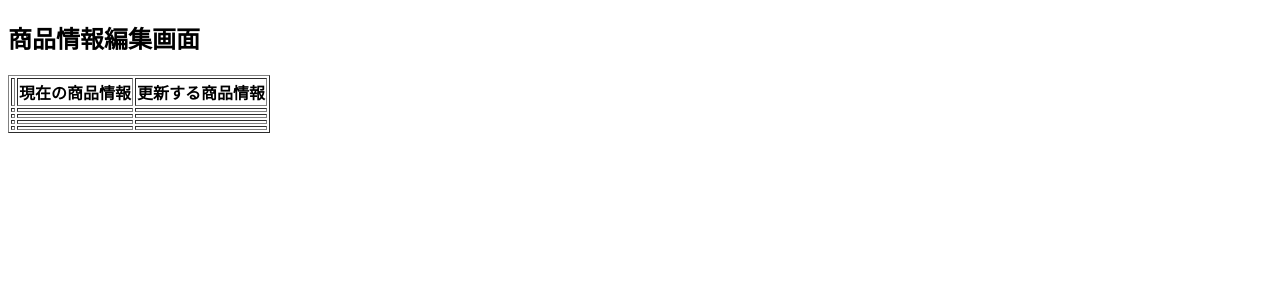
Repository: sachiyuki/java
Page: http://localhost/AdminLogin/adminpage.jsp
The author's editor kept a copy of each file at every save. The page is drawn from the files as they stood at one save, then again after the next save.
The browser window is 1280 px wide. The pictures show the whole page.
The page is served by Tomcat 9.

Above is the page before, as saved 2018-03-05 08:03:26.

After the next save:
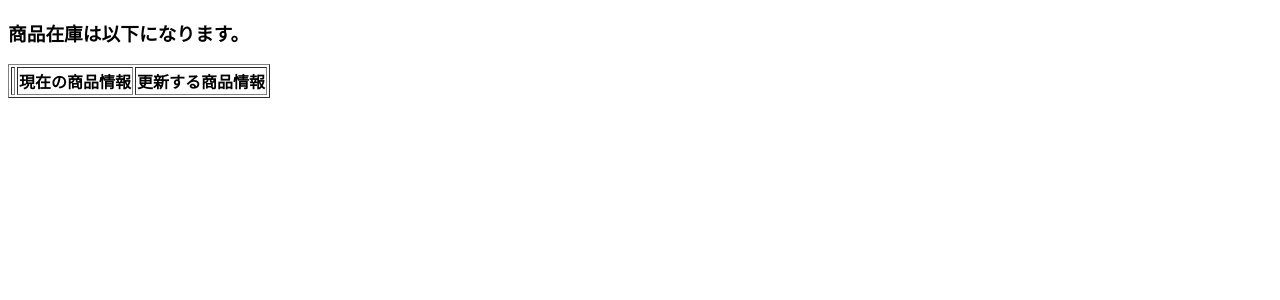
Saved 2 s later.
--- a/AdminLogin/WebContent/adminpage.jsp
+++ b/AdminLogin/WebContent/adminpage.jsp
@@ -10,7 +10,7 @@
 <body>
 
 
-<h2>商品情報編集画面</h2>
+<h3>商品在庫は以下になります。</h3>
 <s:form>
 
 <table border="1">
@@ -19,25 +19,20 @@
 	<th>現在の商品情報</th>
 	<th>更新する商品情報</th>
 </tr>
+<s:iterator value="itemList">
 <tr>
-	<td></td>
 	<td><s:property value="id"/></td>
-	<td></td>
+	<td><s:property value="itemName"/></td>
+	<td><s:property value="itemPrice"/></td>
+	<td><s:property value="itemStock"/></td>
+	<td>
+	<s:form action="itemAction">
+		<input type="hidden" name="itemId" value='<s:property value="id"/>'/>
+		<s:submit value="編集" method="edit"/>
+	</s:form>
+	</td>
 </tr>
-<tr>
-	<td></td>
-	<td><s:property value="itemName"/></td>
-	<td></td>
-</tr>
-<tr>
-	<td></td>
-	<td><s:property value="itemPrice"/></td>
-	<td></td>
-</tr>
-	<td></td>
-	<td><s:property value="itemStock"/></td>
-	<td></td>
-</tr>
+</s:iterator>
 </table>
 </s:form>
 
